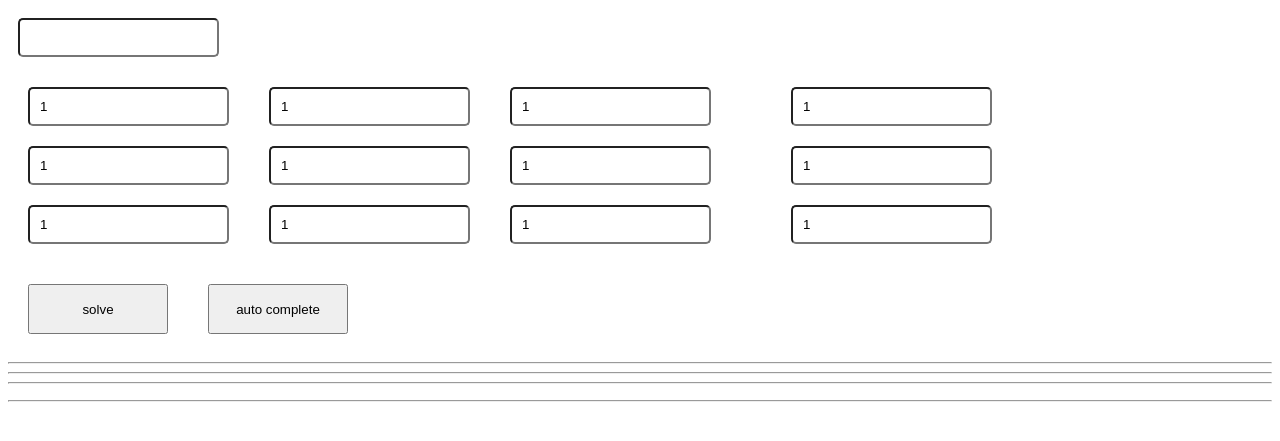
Repository: rutsguifd/dlya-ksyushi
Page: /
An editor plug-in stored every save of this project. The page is shown before and after the next save, followed by the edit.
The browser window is 1280 px wide. The pictures show the whole page.
The project was rebuilt for these pictures with package versions that can differ from the ones it lists, and the page was loaded fresh each time.

Above is the page before, as saved 2022-10-04 08:25:23.

After the next save:
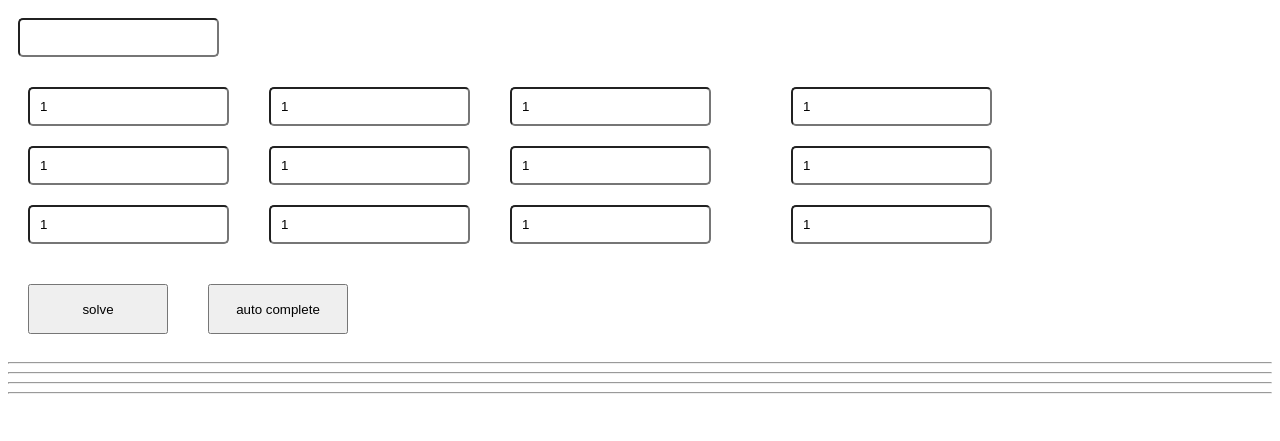
Saved 49 s later.
--- a/src/App.js
+++ b/src/App.js
@@ -106,7 +106,7 @@
       <hr />
       {/* <h1>{deter}</h1> */}
       <hr />
-      <div style={{ display: "flex" }}>
+      {/* <div style={{ display: "flex" }}>
         {inversed.map((items, ind) => {
           return (
             <div
@@ -119,7 +119,7 @@
             </div>
           );
         })}
-      </div>
+      </div> */}
       <hr />
       <div></div>
     </div>

After the 2 saves that followed:
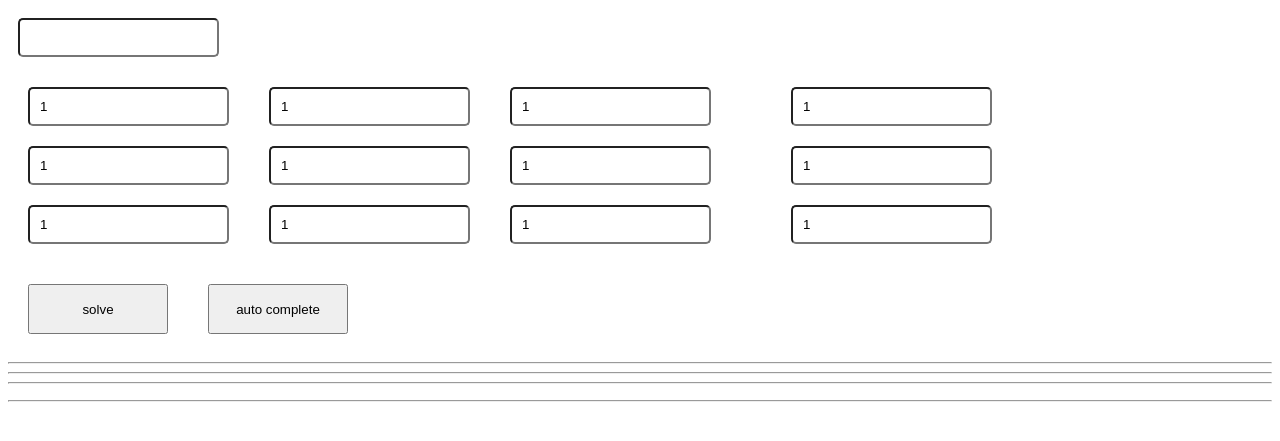
The 2 saves are shown as one change because 1 left the picture as it was.
The last was saved 3 min 27 s later.
--- a/src/App.js
+++ b/src/App.js
@@ -106,20 +106,24 @@
       <hr />
       {/* <h1>{deter}</h1> */}
       <hr />
-      {/* <div style={{ display: "flex" }}>
-        {inversed.map((items, ind) => {
-          return (
-            <div
-              key={ind}
-              style={{ margin: 10, display: "flex", flexDirection: "column" }}
-            >
-              {items.map((item, ind2) => (
-                <h2 key={ind2}>{item}</h2>
-              ))}
-            </div>
-          );
-        })}
-      </div> */}
+      <div style={{ display: "flex" }}>
+        {solution != "matrica me sumisna" ? (
+          inversed.map((items, ind) => {
+            return (
+              <div
+                key={ind}
+                style={{ margin: 10, display: "flex", flexDirection: "column" }}
+              >
+                {items.map((item, ind2) => (
+                  <h2 key={ind2}>{item}</h2>
+                ))}
+              </div>
+            );
+          })
+        ) : (
+          <div>ne sumisna</div>
+        )}
+      </div>
       <hr />
       <div></div>
     </div>
--- a/src/utils/gauss.js
+++ b/src/utils/gauss.js
@@ -127,7 +127,7 @@ export function gauss(A, x) {
   }
   if (determinant === 0) {
     alert("matrica me sumisna");
-    return [0, 0, 0];
+    return ["matrica me sumisna"];
   } else {
     alert(-1 * determinant);
     // Solve equation Ax=b for an upper triangular matrix A
